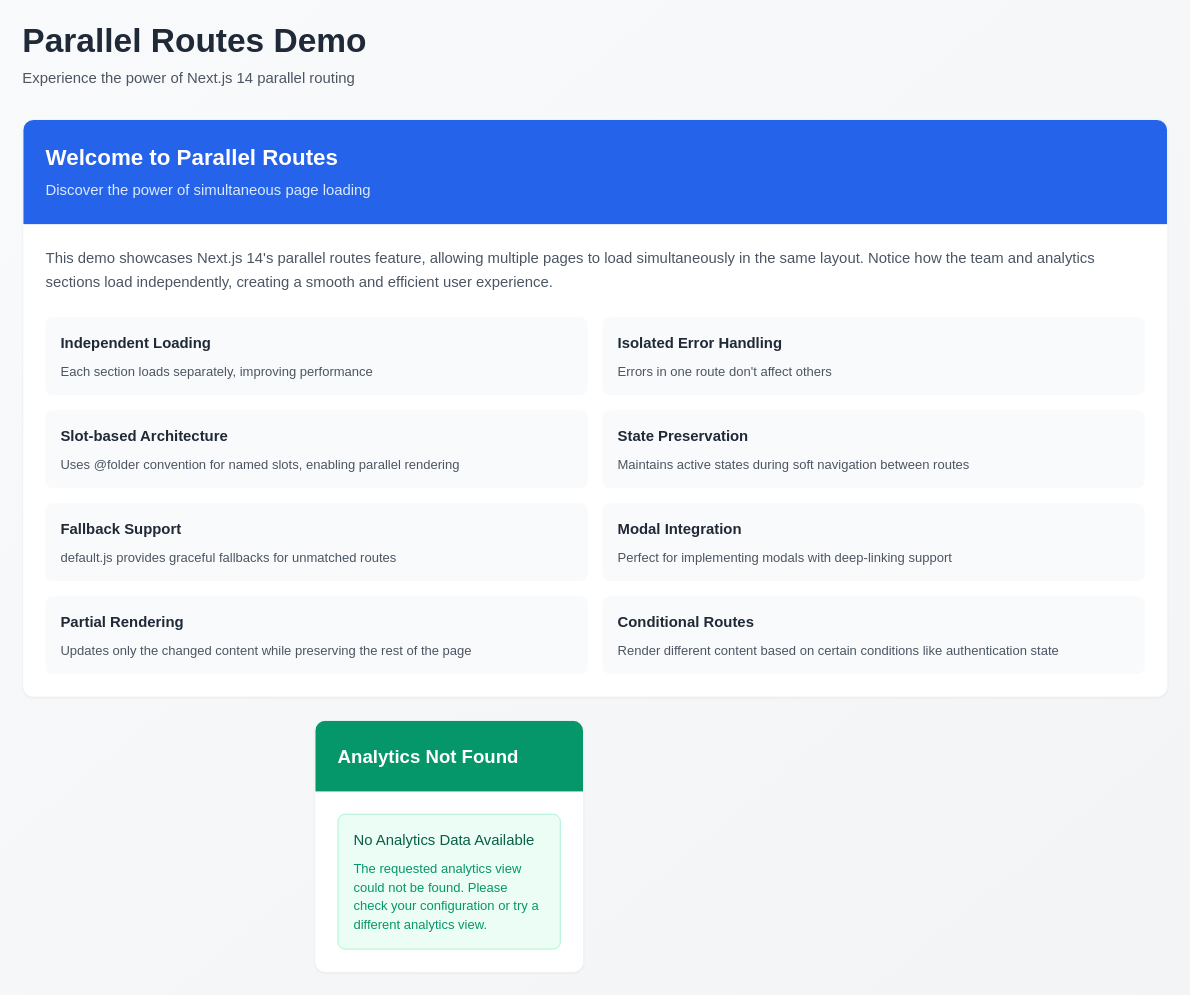
Repository: Dark-Developer93/parallel-routes
Page: /
These files come from the project's save history. The page is drawn as it stood at one moment and after the next save; the edit follows.
The browser window is 1280 px wide. The pictures show the whole page, at 93% of full size.
The project was rebuilt for these pictures with package versions that can differ from the ones it lists, and the page was loaded fresh each time. The framework's server and built-in components were replaced by stand-ins that run in the browser. Also part of the build but not shown: next.config.ts.

Above is the page before, as saved 2024-12-12 15:21:57.

### src/app/layout.tsx
import type { Metadata } from "next";
import "./globals.css";
import DefaultPage from "./default";
import DefaultAnalyticsPage from "./@analytics/default";

export const metadata: Metadata = {
  title: "Parallel Routes Demo",
  description: "Demonstration of Next.js 14 Parallel Routes",
};

export default function RootLayout({
  children,
  team,
  analytics,
}: {
  children: React.ReactNode;
  team: React.ReactNode;
  analytics: React.ReactNode;
}) {
  const role = "admin";
  return (
    <html lang="en">
      <body className="min-h-screen bg-gradient-to-br from-gray-50 to-gray-100 p-6">
        <div className="max-w-7xl mx-auto">
          <header className="mb-8">
            <h1 className="text-4xl font-bold text-gray-800 mb-2">
              Parallel Routes Demo
            </h1>
            <p className="text-gray-600">
              Experience the power of Next.js 14 parallel routing
            </p>
          </header>

          <div className="flex flex-col gap-6">
            <div className="flex-1">{children}</div>
            <div className="flex-1">
              <div className="grid grid-cols-12 gap-6">
                {/* <div className="col-span-12 md:col-span-6 lg:col-span-3">
                  {team}
                </div>
                <div className="col-span-12 md:col-span-6 lg:col-span-3">
                  {analytics}
                </div> */}
                <div className="col-span-12 md:col-span-6 lg:col-span-3">
                  {role === "admin" ? team : <DefaultPage />}
                </div>
                <div className="col-span-12 md:col-span-6 lg:col-span-3">
                  {role === "admin" ? <DefaultAnalyticsPage /> : analytics}
                </div>
              </div>
            </div>
          </div>
        </div>
      </body>
    </html>
  );
}

### src/app/page.tsx
export default function Home() {
  return (
    <div className="space-y-6">
      <div className="bg-white rounded-xl shadow-sm border border-gray-100 overflow-hidden">
        <div className="bg-blue-600 p-6">
          <h2 className="text-2xl font-bold text-white mb-2">
            Welcome to Parallel Routes
          </h2>
          <p className="text-blue-100">
            Discover the power of simultaneous page loading
          </p>
        </div>
        <div className="p-6">
          <p className="text-gray-600 leading-relaxed">
            This demo showcases Next.js 14&apos;s parallel routes feature,
            allowing multiple pages to load simultaneously in the same layout.
            Notice how the team and analytics sections load independently,
            creating a smooth and efficient user experience.
          </p>

          <div className="mt-6 grid grid-cols-2 gap-4">
            <div className="bg-gray-50 p-4 rounded-lg">
              <h3 className="font-semibold text-gray-800 mb-2">
                Independent Loading
              </h3>
              <p className="text-sm text-gray-600">
                Each section loads separately, improving performance
              </p>
            </div>
            <div className="bg-gray-50 p-4 rounded-lg">
              <h3 className="font-semibold text-gray-800 mb-2">
                Isolated Error Handling
              </h3>
              <p className="text-sm text-gray-600">
                Errors in one route don&apos;t affect others
              </p>
            </div>
            <div className="bg-gray-50 p-4 rounded-lg">
              <h3 className="font-semibold text-gray-800 mb-2">
                Slot-based Architecture
              </h3>
              <p className="text-sm text-gray-600">
                Uses @folder convention for named slots, enabling parallel
                rendering
              </p>
            </div>
            <div className="bg-gray-50 p-4 rounded-lg">
              <h3 className="font-semibold text-gray-800 mb-2">
                State Preservation
              </h3>
              <p className="text-sm text-gray-600">
                Maintains active states during soft navigation between routes
              </p>
            </div>
            <div className="bg-gray-50 p-4 rounded-lg">
              <h3 className="font-semibold text-gray-800 mb-2">
                Fallback Support
              </h3>
              <p className="text-sm text-gray-600">
                default.js provides graceful fallbacks for unmatched routes
              </p>
            </div>
            <div className="bg-gray-50 p-4 rounded-lg">
              <h3 className="font-semibold text-gray-800 mb-2">
                Modal Integration
              </h3>
              <p className="text-sm text-gray-600">
                Perfect for implementing modals with deep-linking support
              </p>
            </div>
            <div className="bg-gray-50 p-4 rounded-lg">
              <h3 className="font-semibold text-gray-800 mb-2">
                Partial Rendering
              </h3>
              <p className="text-sm text-gray-600">
                Updates only the changed content while preserving the rest of
                the page
              </p>
            </div>
            <div className="bg-gray-50 p-4 rounded-lg">
              <h3 className="font-semibold text-gray-800 mb-2">
                Conditional Routes
              </h3>
              <p className="text-sm text-gray-600">
                Render different content based on certain conditions like
                authentication state
              </p>
            </div>
          </div>
        </div>
      </div>
    </div>
  );
}

### src/app/@analytics/default.tsx
export default function DefaultAnalyticsPage() {
  return (
    <div className="bg-white rounded-xl shadow-sm border border-gray-100 overflow-hidden">
      <div className="bg-emerald-600 p-6">
        <h2 className="text-xl font-bold text-white">Analytics Not Found</h2>
      </div>
      <div className="p-6">
        <div className="bg-emerald-50 border border-emerald-200 rounded-lg p-4">
          <h3 className="text-emerald-800 font-medium mb-2">
            No Analytics Data Available
          </h3>
          <p className="text-emerald-600 text-sm">
            The requested analytics view could not be found. Please check your
            configuration or try a different analytics view.
          </p>
        </div>
      </div>
    </div>
  );
}

### src/app/default.tsx
export default function DefaultPage() {
  return (
    <div className="bg-white rounded-xl shadow-sm border border-gray-100 overflow-hidden">
      <div className="bg-gray-600 p-6">
        <h2 className="text-xl font-bold text-white">Page Not Found</h2>
      </div>
      <div className="p-6">
        <div className="bg-gray-50 border border-gray-200 rounded-lg p-4">
          <h3 className="text-gray-800 font-medium mb-2">
            The requested page could not be found
          </h3>
          <p className="text-gray-600 text-sm">
            Please check the URL and try again, or navigate to an existing page.
          </p>
        </div>
      </div>
    </div>
  );
}

Loaded but not shown: src/app/globals.css (common file); tailwind.config.ts (common file)

After the next save:
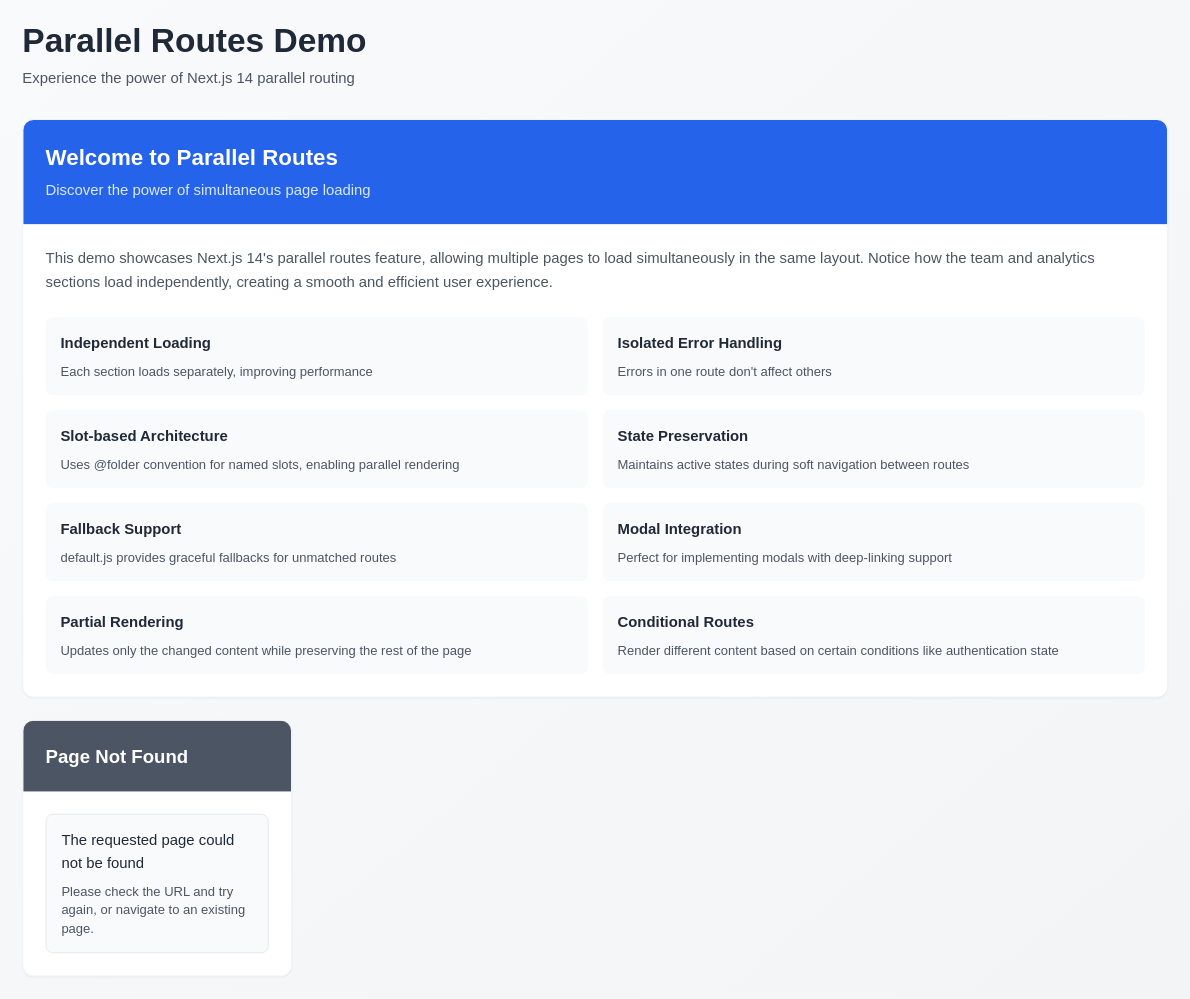
Saved 16 s later.
--- a/src/app/layout.tsx
+++ b/src/app/layout.tsx
@@ -17,7 +17,7 @@
   team: React.ReactNode;
   analytics: React.ReactNode;
 }) {
-  const role = "admin";
+  const role = "user";
   return (
     <html lang="en">
       <body className="min-h-screen bg-gradient-to-br from-gray-50 to-gray-100 p-6">

After the 3 saves that followed:
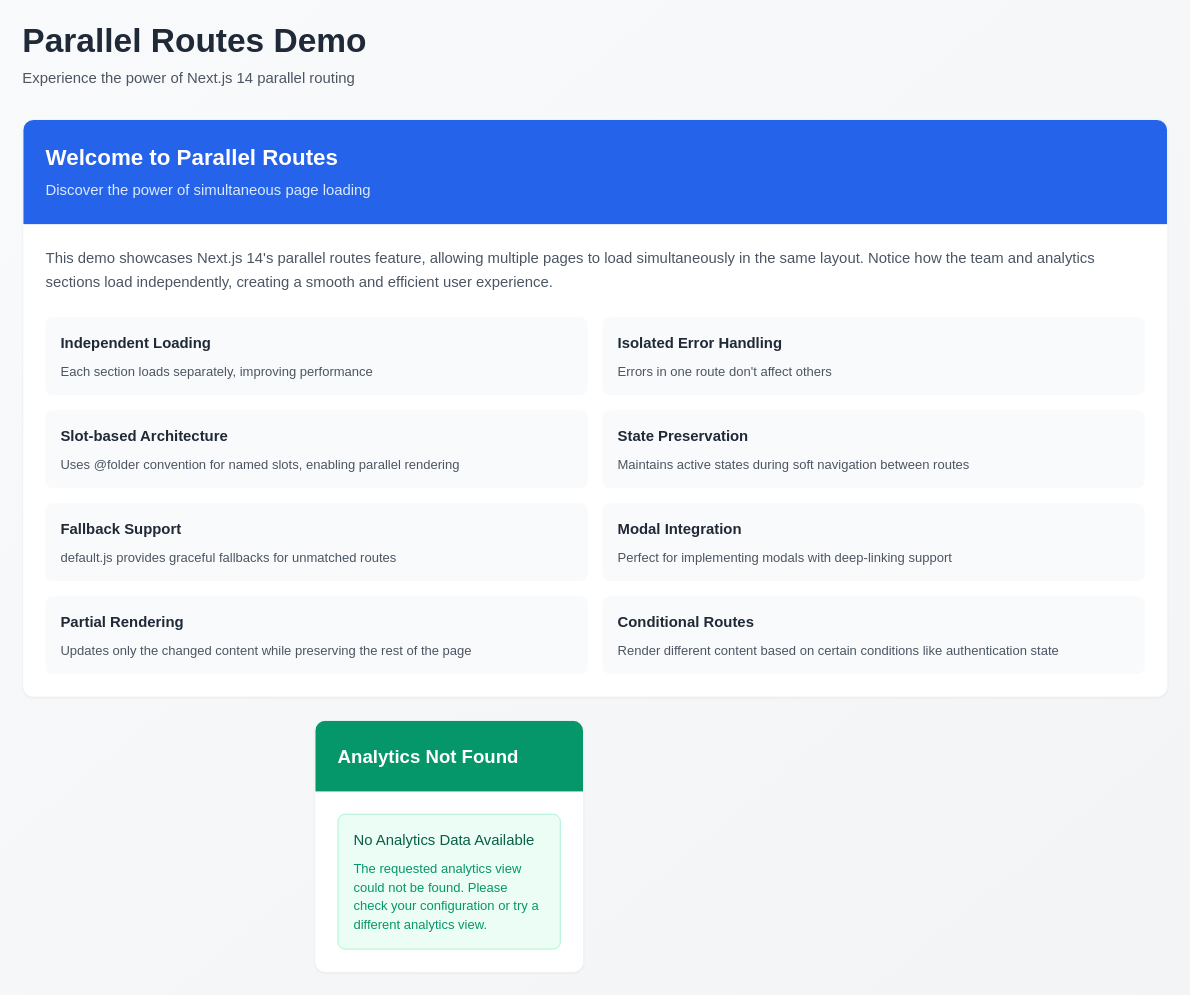
The 3 saves are shown as one change because 2 left the picture as it was.
The last was saved 107 s later.
--- a/src/app/layout.tsx
+++ b/src/app/layout.tsx
@@ -17,7 +17,7 @@
   team: React.ReactNode;
   analytics: React.ReactNode;
 }) {
-  const role = "user";
+  const role: "ADMIN" | "USER" = "admin";
   return (
     <html lang="en">
       <body className="min-h-screen bg-gradient-to-br from-gray-50 to-gray-100 p-6">
@@ -45,7 +45,7 @@
                   {role === "admin" ? team : <DefaultPage />}
                 </div>
                 <div className="col-span-12 md:col-span-6 lg:col-span-3">
-                  {role === "admin" ? <DefaultAnalyticsPage /> : analytics}
+                  {role === "user" ? analytics : <DefaultAnalyticsPage />}
                 </div>
               </div>
             </div>
